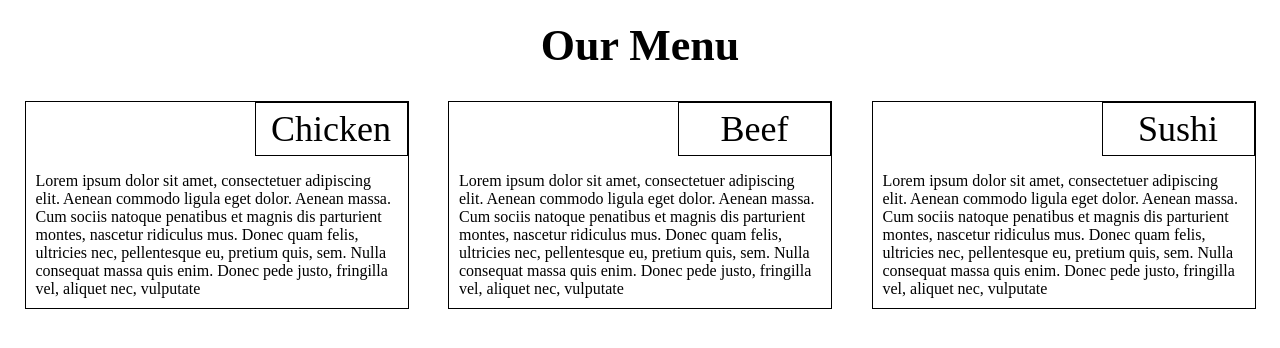
Repository: Normandy72/module2-solution
Page: index.html
An editor plug-in stored every save of this project. The page is shown before and after the next save, followed by the edit.
The browser window is 1280 px wide. The pictures show the whole page.
Some web fonts or font styles are not loaded; a fallback is used.

Above is the page before, as saved 2022-12-05 15:10:22.

### index.html
<!DOCTYPE html>
<html lang="en">
<head>
    <meta charset="UTF-8">
    <meta http-equiv="X-UA-Compatible" content="IE=edge">
    <meta name="viewport" content="width=device-width, initial-scale=1.0">
    <title>Our menu</title>
    <link href="https://fonts.googleapis.com/css2?family=Comic+Neue:ital,wght@0,300;0,400;0,700;1,300;1,400;1,700&family=Roboto:ital,wght@0,100;0,300;0,400;0,500;0,700;0,900;1,100;1,300;1,400;1,500;1,700;1,900&display=swap" rel="stylesheet">
    <link rel="stylesheet" href="styles/style.css">
</head>
<body>
    <h1>Our Menu</h1>
    <div class="wrapper">
        <div class="card">
            <div class="card__name">Chicken</div>
            <p class="card__text">Lorem ipsum dolor sit amet, consectetuer adipiscing elit. Aenean commodo ligula eget dolor. Aenean massa. Cum sociis natoque penatibus et magnis dis parturient montes, nascetur ridiculus mus. Donec quam felis, ultricies nec, pellentesque eu, pretium quis, sem. Nulla consequat massa quis enim. Donec pede justo, fringilla vel, aliquet nec, vulputate</p>
        </div>
        <div class="card">
            <div class="card__name">Beef</div>
            <p class="card__text">Lorem ipsum dolor sit amet, consectetuer adipiscing elit. Aenean commodo ligula eget dolor. Aenean massa. Cum sociis natoque penatibus et magnis dis parturient montes, nascetur ridiculus mus. Donec quam felis, ultricies nec, pellentesque eu, pretium quis, sem. Nulla consequat massa quis enim. Donec pede justo, fringilla vel, aliquet nec, vulputate</p>
        </div>
        <div class="card">
            <div class="card__name">Sushi</div>
            <p class="card__text">Lorem ipsum dolor sit amet, consectetuer adipiscing elit. Aenean commodo ligula eget dolor. Aenean massa. Cum sociis natoque penatibus et magnis dis parturient montes, nascetur ridiculus mus. Donec quam felis, ultricies nec, pellentesque eu, pretium quis, sem. Nulla consequat massa quis enim. Donec pede justo, fringilla vel, aliquet nec, vulputate</p>
        </div>
    </div>
</body>
</html>

### styles/style.css
*{
    font-family: 'Comic Neue', cursive;
    font-size: 10px;

    margin: 0;
    padding: 0;
    box-sizing: border-box;
}

h1{
    font-size: 4.4rem;
    text-align: center;

    padding-top: 20px;
    padding-bottom: 30px;
}

.wrapper{
    display: flex;
    justify-content: space-evenly;
}

.card{
    width: 30%;
    margin: 0 15px 30px;
    position: relative;
    border: 1px solid black;
}

.card__name{
    border: 1px solid black;
    font-size: 3.6rem;
    padding: 5px;
    text-align: center;
    width: 40%;
    position: absolute;
    top: 0;
    right: 0;
}

.card__text{
    font-size: 1.6rem;
    padding: 70px 10px 10px;
}

After the next save:
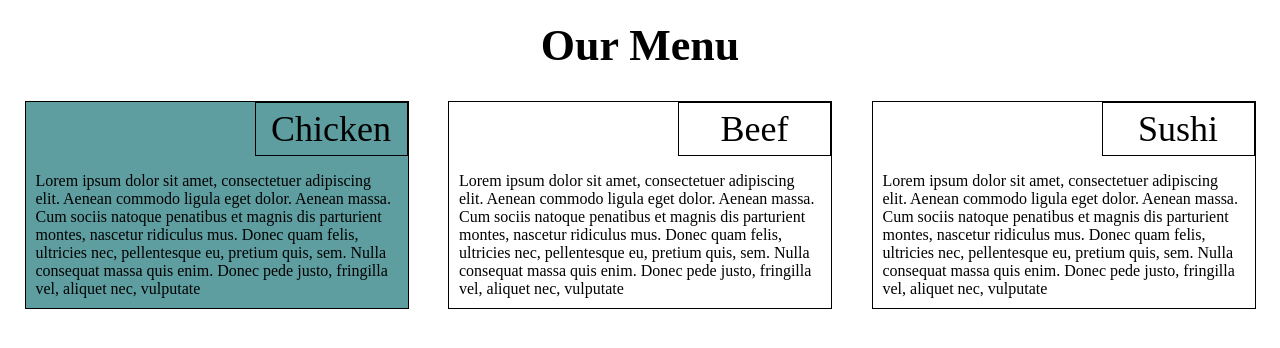
Saved 2 min 26 s later.
--- a/styles/style.css
+++ b/styles/style.css
@@ -42,3 +42,7 @@ h1{
     font-size: 1.6rem;
     padding: 70px 10px 10px;
 }
+
+.card:nth-child(1){
+    background-color: cadetblue;
+}
